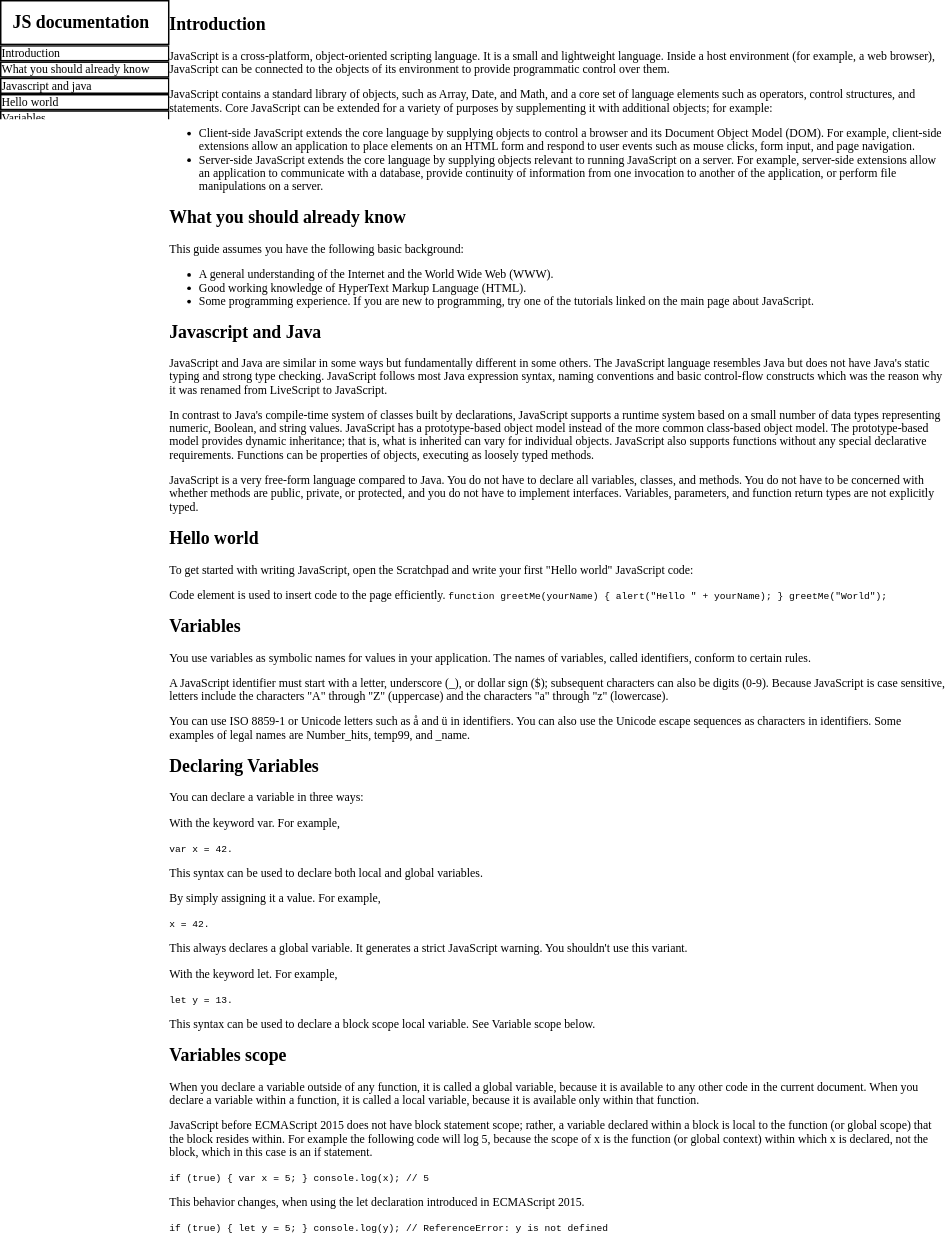
Repository: Pafestivo/Technical-documentation
Page: index.html
The author's editor kept a copy of each file at every save. The page is drawn from the files as they stood at one save, then again after a run of saves.
The browser window is 1280 px wide. The pictures show the whole page, at 74% of full size.

Above is the page before, as saved 2022-09-07 13:16:35.

After the next 2 saves:
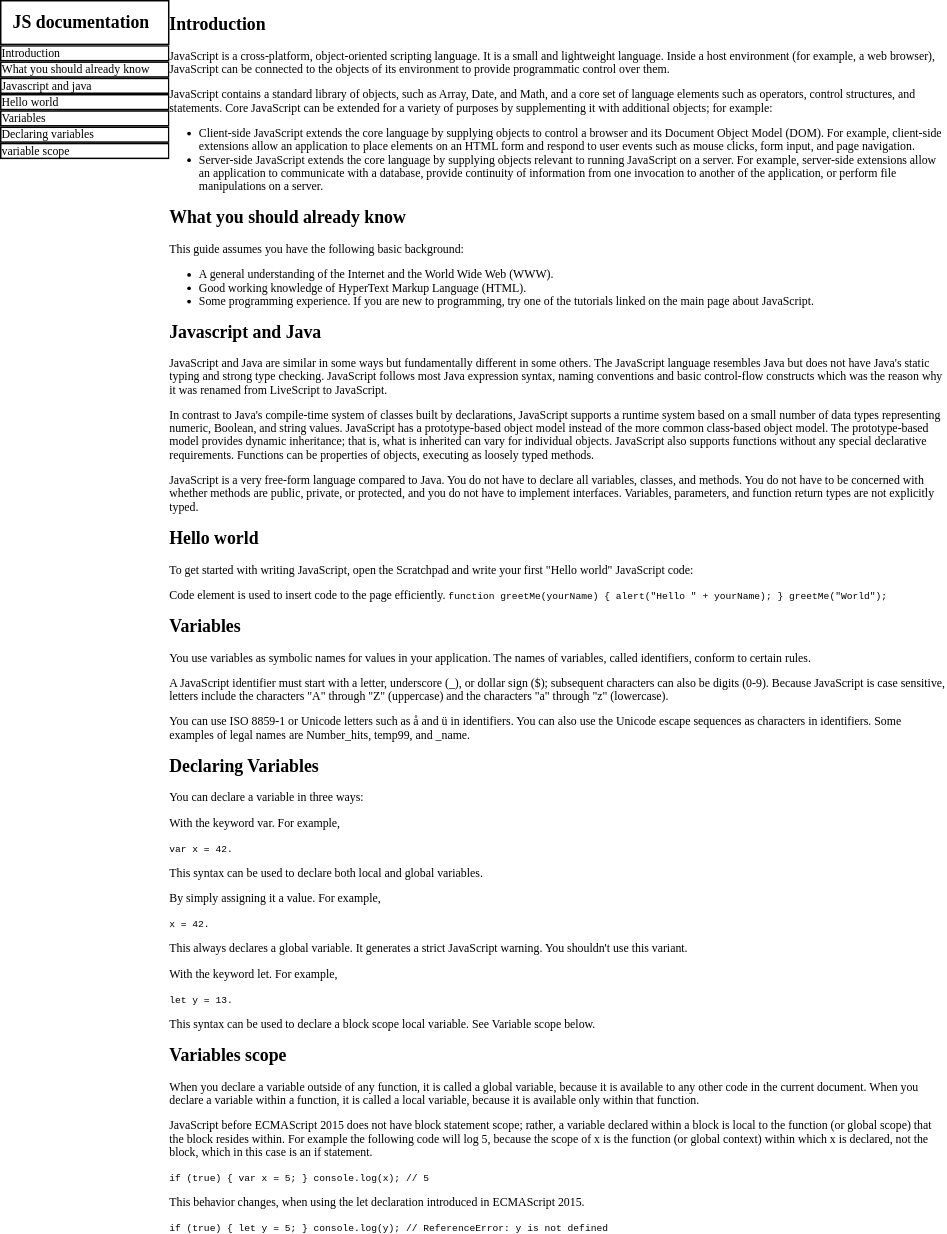
The 2 saves are shown as one change because they came seconds apart.
The last was saved 8 s later.
--- a/styles.css
+++ b/styles.css
@@ -28,7 +28,7 @@ body {
   overflow: hidden;
   margin: 0;
   padding: 0;
-  height: 100px;
+  height: 1000px;
 }
 
 #navbar ul li {
